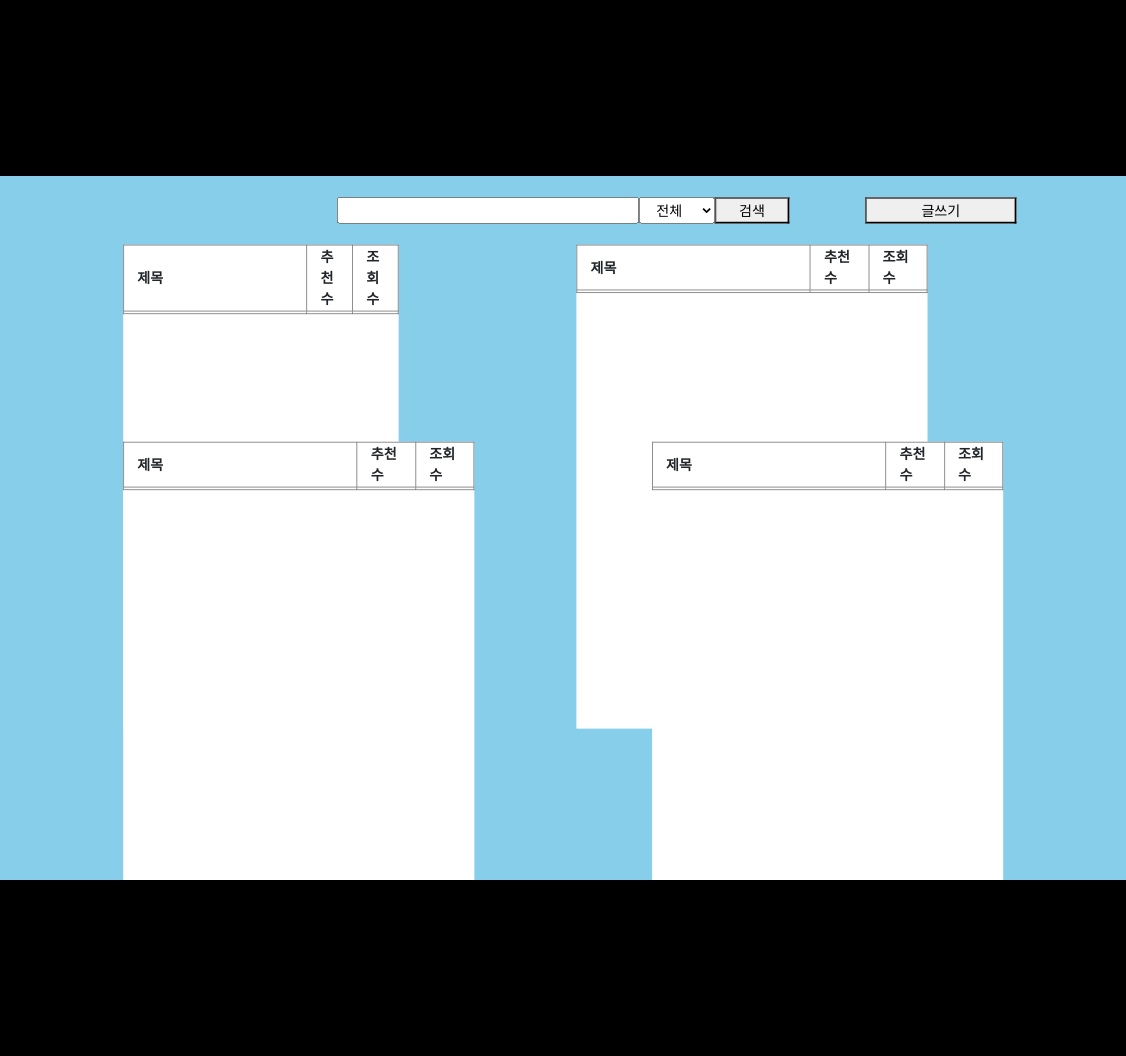
Repository: HJCroCat/project4
Page: http://localhost/koravle/getBoardMain.jsp
An editor plug-in stored every save of this project. The page is shown before and after the next save, followed by the edit.
The browser window is 1280 px wide. The pictures show the whole page, at 88% of full size.
An inner scrolling area shows only its first screen. The page is served by Tomcat 9. Nobody is signed in. The application's start-up code is not run. The template is opened directly, without the code that normally fills it, so the values that code supplies are empty.

Above is the page before, as saved 2021-12-15 07:25:45.

After the next save:
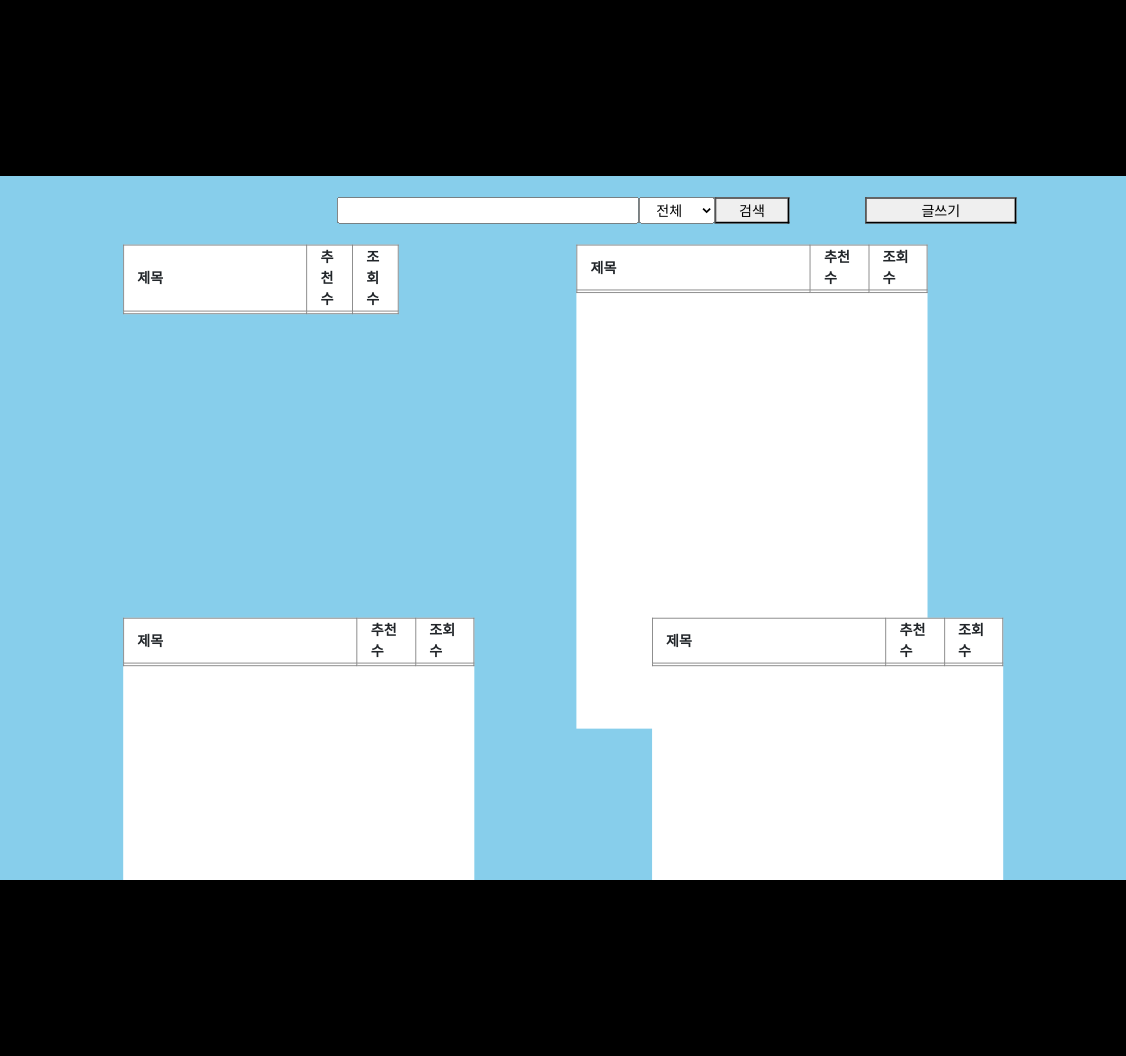
Saved 16 s later.
--- a/koravle/koravle/src/main/webapp/getBoardMain.jsp
+++ b/koravle/koravle/src/main/webapp/getBoardMain.jsp
@@ -55,10 +55,10 @@
 			<br/>
 		</div>
 
-		<div class="row" style="height:200px;">
+		<div class="row" style="height:400px;">
 
 			<div class="col-4">
-				<div style="background-color: white; min-height:550px;">
+				<div style="background-color: white;">
 					<table class="col-12" border="1">
 						<tr>
 							<th class="col-8" align="center">제목</th>
